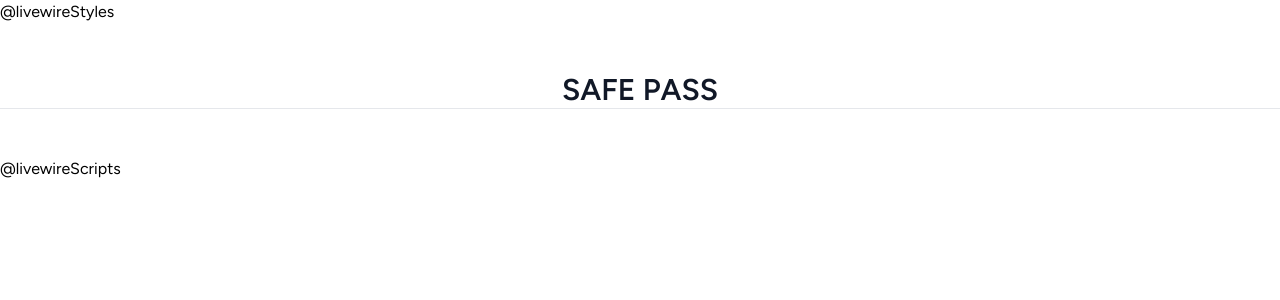
Repository: armendzz/safepass
Page: http://localhost/
The author's editor kept a copy of each file at every save. The page is drawn from the files as they stood at one save, then again after the next save.
The browser window is 1280 px wide. The pictures show the whole page.
The page is served by the project's Laravel application, run on PHP 8.4 with Laravel 12. Other server files are loaded and not shown. Style sheets and scripts are compiled from the project's sources, by tool versions that may differ from the author's.

Above is the page before, as saved 2024-11-05 17:12:29.

### routes/web.php
<?php

use Illuminate\Support\Facades\Route;

Route::get('/', [App\Http\Controllers\HomeController::class, 'index'])->name('home.index');

Route::middleware([
    'auth:sanctum',
    config('jetstream.auth_session'),
    'verified',
])->group(function () {
    Route::get('/dashboard', function () {
        return view('dashboard');
    })->name('dashboard');
});

### resources/views/home.blade.php
<x-guest-layout>
    <x-slot name="header">
        <h2 class="font-semibold text-xl text-gray-800 leading-tight">
            {{ __('Dashboard') }}
        </h2>
    </x-slot>

    <div class="py-12">
        <div class="max-w-7xl mx-auto sm:px-6 lg:px-8 border-b">
           <h1 class="text-3xl font-bold text-center ">SAFE PASS</h1>
           <div>
            @if (Route::has('login'))
            <nav class="-mx-3 flex flex-1 justify-end">
                @auth
                    <a
                        href="{{ url('/dashboard') }}"
                        class="rounded-md px-3 py-2 text-black ring-1 ring-transparent transition hover:text-black/70 focus:outline-none focus-visible:ring-[#FF2D20]"
                    >
                        Dashboard
                    </a>
                @else
                    <a
                        href="{{ route('login') }}"
                        class="rounded-md px-3 py-2 text-black ring-1 ring-transparent transition hover:text-black/70 focus:outline-none focus-visible:ring-[#FF2D20]"
                    >
                        Log in
                    </a>

                    @if (Route::has('register'))
                        <a
                            href="{{ route('register') }}"
                            class="rounded-md px-3 py-2 text-black ring-1 ring-transparent transition hover:text-black/70 focus:outline-none focus-visible:ring-[#FF2D20]"
                        >
                            Register
                        </a>
                    @endif
                @endauth
            </nav>
        @endif
           </div>
        </div>

        <div class="flex flex-wrap justify-center gap-4">
            <livewire:password-generator />
            <livewire:uuid-generator />
            <livewire:cloak-key-generator />
        </div>
    </div>
</x-guest-layout>

Loaded but not shown: app/Http/Controllers/HomeController.php (common file); app/Http/Controllers/Controller.php (common file); app/View/Components/GuestLayout.php (common file); resources/views/layouts/guest.blade.php (common file); resources/css/app.css (common file); tailwind.config.js (common file)

After the next save:
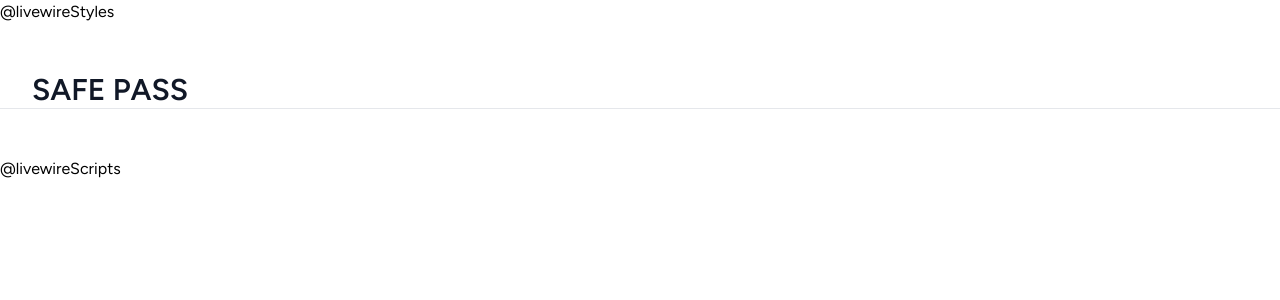
Saved 17 s later.
--- a/resources/views/home.blade.php
+++ b/resources/views/home.blade.php
@@ -6,7 +6,7 @@
     </x-slot>
 
     <div class="py-12">
-        <div class="max-w-7xl mx-auto sm:px-6 lg:px-8 border-b">
+        <div class="max-w-7xl mx-auto sm:px-6 lg:px-8 border-b flex">
            <h1 class="text-3xl font-bold text-center ">SAFE PASS</h1>
            <div>
             @if (Route::has('login'))
